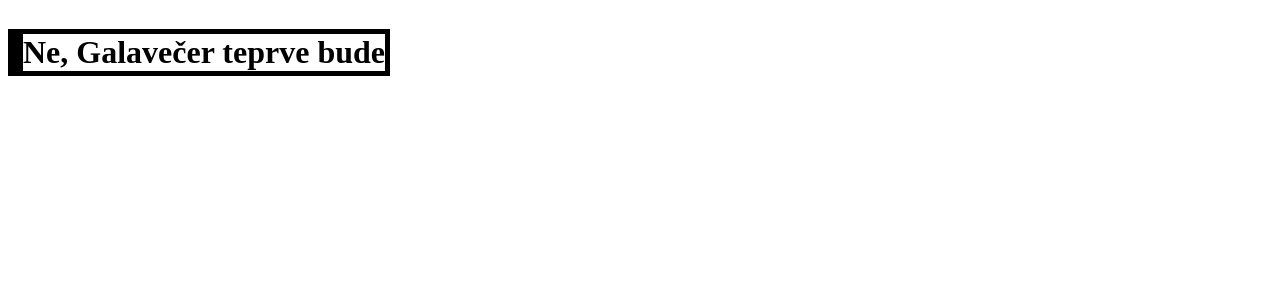
Repository: VerPro/UzJeGalavecer
Page: index.html
An editor plug-in stored every save of this project. The page is shown before and after the next save, followed by the edit.
The browser window is 1280 px wide. The pictures show the whole page.
Some web libraries are served in a nearby version.

Above is the page before, as saved 2021-03-27 16:53:19.

### index.html
<!DOCTYPE html>
<html lang="cs">
  <head>
    <meta charset="UTF-8" />
    <meta http-equiv="X-UA-Compatible" content="IE=edge" />
    <meta name="viewport" content="width=device-width, initial-scale=1.0" />
    <title>Už je Galavečer Digitální akademie web 2021?</title>
    <link rel="stylesheet" href="style.css" />
    <script src="https://cdnjs.cloudflare.com/ajax/libs/dayjs/1.10.4/dayjs.min.js"></script>
  </head>
  <body>
    <h1></h1>
    <script src="main.js"></script>
  </body>
</html>

### style.css
body {
  display:flex;
  justify-content:center
  background-color: mediumslateblue;
}

h1 {
  border: 5px, solid, black;
}

### main.js
'use strict';

const dateGala = dayjs('2021-06-15');
const today = dayjs();

if (today.isAfter(dateGala)) {
  document.write('<h1>Galavečer už byl, snad sis ho užila</h1>');
} else if (today === dateGala) {
  document.write('<h1>Dnes je Galavečer, doufám, že si ho užiješ!</h1>');
} else {
  document.write('<h1>Ne, Galavečer teprve bude</h1>');
}

After the next save:
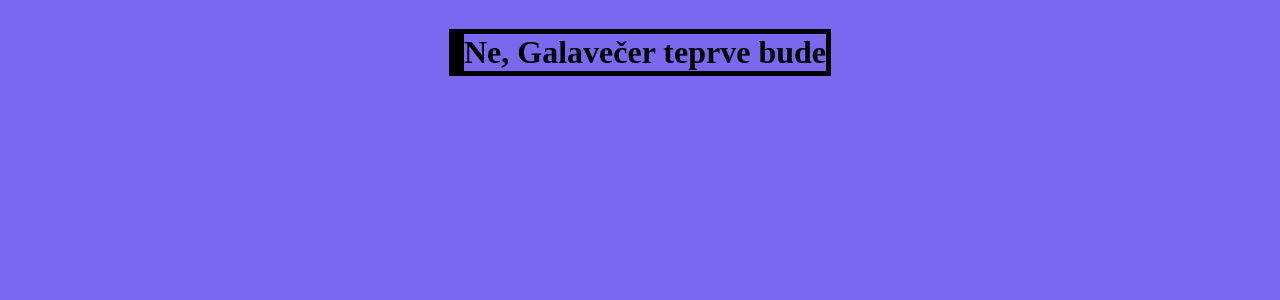
Saved 22 s later.
--- a/style.css
+++ b/style.css
@@ -1,6 +1,6 @@
 body {
-  display:flex;
-  justify-content:center
+  display: flex;
+  justify-content: center;
   background-color: mediumslateblue;
 }
 
